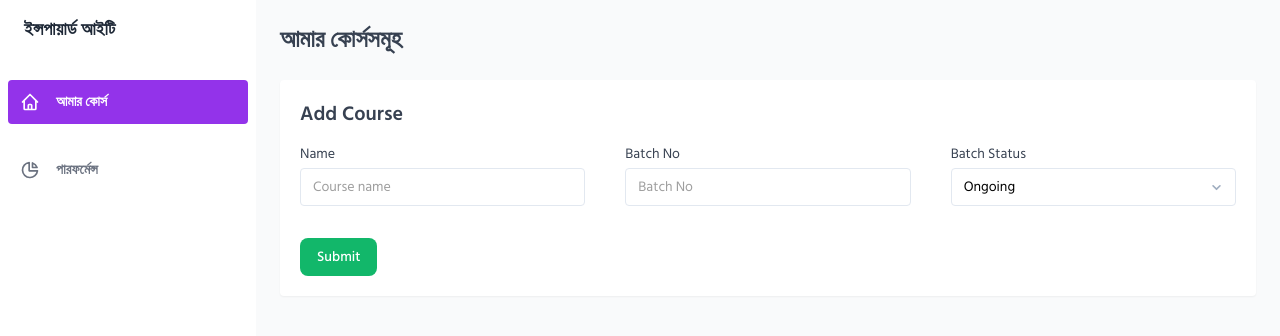
Repository: Ruddro420/student-manage-backend
Page: /dashboard
An editor plug-in stored every save of this project. The page is shown before and after the next save, followed by the edit.
The browser window is 1280 px wide. The pictures show the whole page.
The page's requests for data from a server got no answer. The project was rebuilt for these pictures with package versions that can differ from the ones it lists, and the page was loaded fresh each time. No one was signed in, and anything a server would have sent is missing. Also part of the build but not shown: vite.config.js, src/pages/Login/Login.jsx, src/pages/Module/AddRecording.jsx, src/lib/date.js, src/pages/Recording/LiveClass.jsx, src/pages/Recording/TabComponent.jsx, src/pages/Recording/Recording.jsx, src/components/Date/date.js and 16 more.

Above is the page before, as saved 2025-02-10 00:02:25.

After the next save:
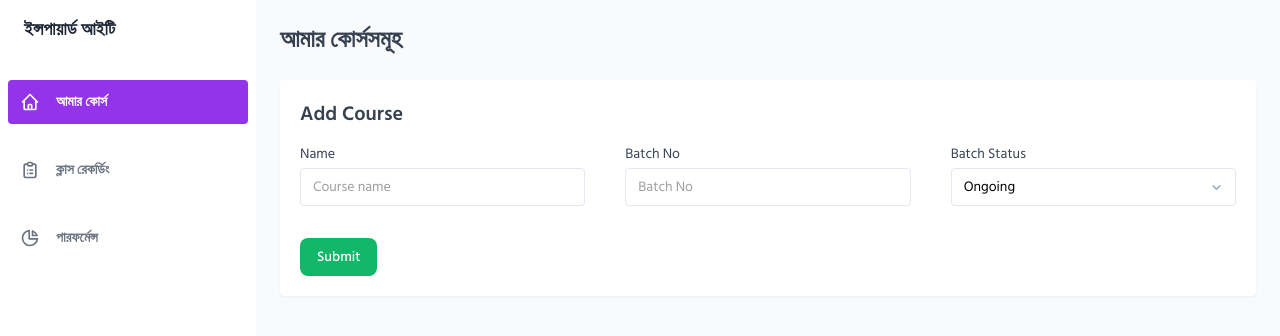
Saved 39 s later.
--- a/src/components/Sidebar/Sidebar.jsx
+++ b/src/components/Sidebar/Sidebar.jsx
@@ -38,7 +38,30 @@ const Sidebar = () => {
                             <span className="ml-4">আমার কোর্স</span>
                         </Link>
                     </li>
-                   {/*  <li className="relative px-2 py-3">
+                    <li className="relative px-2 py-3">
+                        <Link
+                            className={`inline-flex items-center w-full text-sm font-semibold transition-colors duration-150  dark:hover:text-gray-200 p-3 ${activeTab === 1 ? 'bg-purple-600 text-white p-3 rounded' : ''}`}
+                            onClick={() => setActiveTab(1)}
+                            to="/dashboard/recording"
+                        >
+                            <svg
+                                className="w-5 h-5"
+                                aria-hidden="true"
+                                fill="none"
+                                strokeLinecap="round"
+                                strokeLinejoin="round"
+                                strokeWidth="2"
+                                viewBox="0 0 24 24"
+                                stroke="currentColor"
+                            >
+                                <path
+                                    d="M9 5H7a2 2 0 00-2 2v12a2 2 0 002 2h10a2 2 0 002-2V7a2 2 0 00-2-2h-2M9 5a2 2 0 002 2h2a2 2 0 002-2M9 5a2 2 0 012-2h2a2 2 0 012 2m-3 7h3m-3 4h3m-6-4h.01M9 16h.01"
+                                ></path>
+                            </svg>
+                            <span className="ml-4">ক্লাস রেকর্ডিং</span>
+                        </Link>
+                    </li>
+                    {/*  <li className="relative px-2 py-3">
                         <Link
                             className={`inline-flex items-center w-full text-sm font-semibold transition-colors duration-150  dark:hover:text-gray-200 p-3 ${activeTab === 1 ? 'bg-purple-600 text-white p-3 rounded' : ''}`}
                             onClick={() => setActiveTab(1)}
